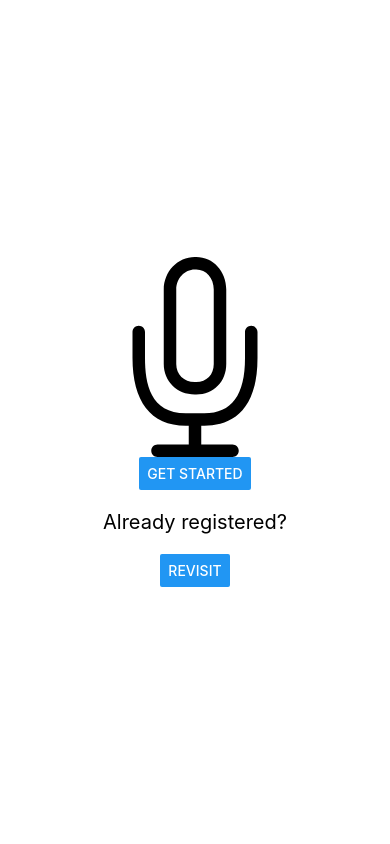
Repository: mortiestmorty1/recordings-app
Screen: / (app in frontend/)
These files come from the project's save history. The screen is drawn as it stood at one moment and after the next save; the edit follows.
The app was drawn by React Native's web renderer in a window 390 px wide. The project was rebuilt for these pictures with package versions that can differ from the ones it lists, and the page was loaded fresh each time. Also part of the build but not shown: frontend/components/registerUser.js.

Above is the screen before, as saved 2024-03-07 21:34:35.

After the next save:
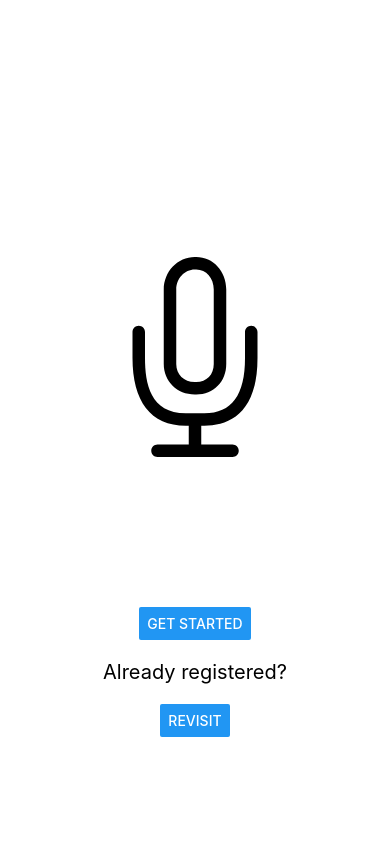
Saved 64 min 16 s later.
--- a/frontend/components/firstscreen.js
+++ b/frontend/components/firstscreen.js
@@ -36,6 +36,7 @@ const styles = StyleSheet.create({
     content: {
         justifyContent: 'center',
         alignItems: 'center',
+        top: 150,
     },
 });
 
